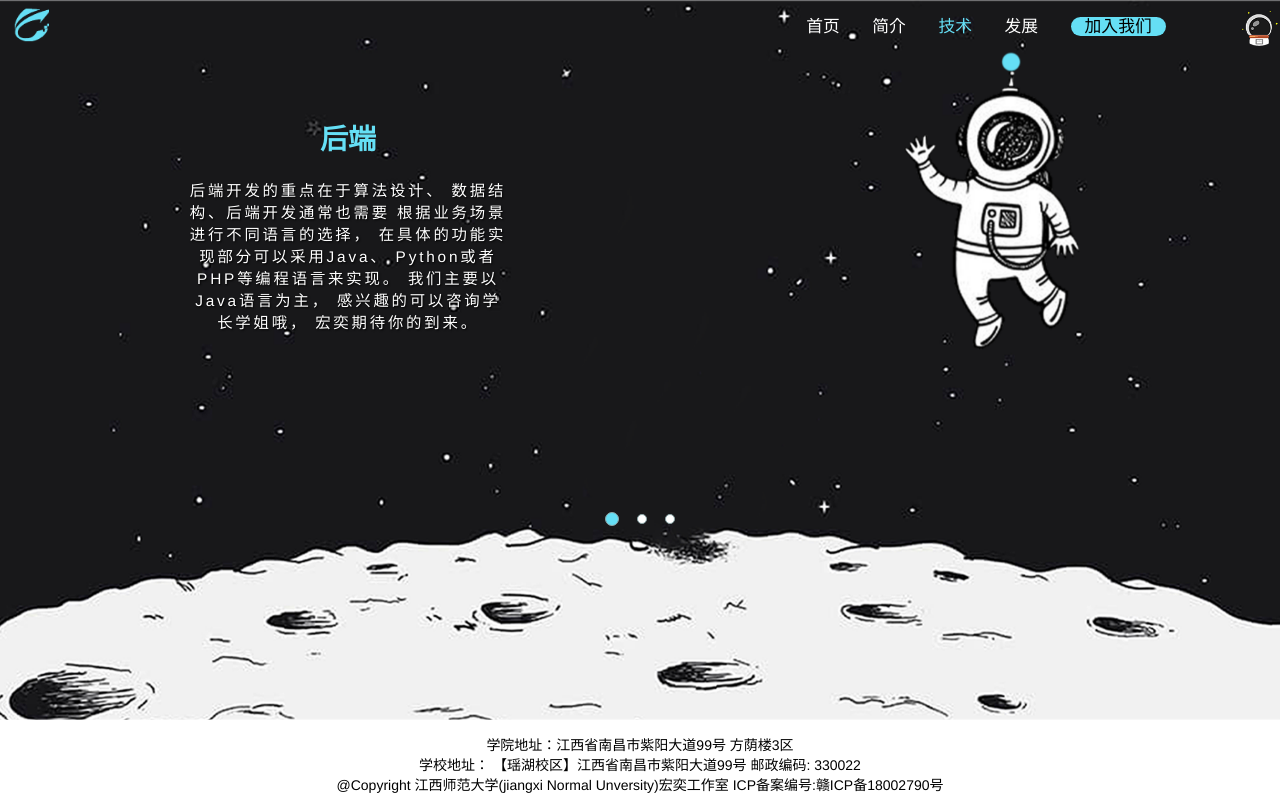
Repository: Homyit20/website
Page: /#/technique
The author's editor kept a copy of each file at every save. The page is drawn from the files as they stood at one save, then again after the next save.
The browser window is 1280 px wide. The pictures show the whole page.
The project was rebuilt for these pictures with package versions that can differ from the ones it lists, and the page was loaded fresh each time. Also part of the build but not shown: vue.config.js.

Above is the page before, as saved 2021-08-10 20:53:02.

### public/index.html
<!DOCTYPE html>
<html lang="">
  <head>
    <meta charset="utf-8">
    <meta http-equiv="X-UA-Compatible" content="IE=edge">
    <meta name="viewport" content="width=device-width,initial-scale=1.0">
    <link rel="icon" href="<%= BASE_URL %>favicon.ico">
    <!-- <title><%= htmlWebpackPlugin.options.title %></title> -->
    <title><%= htmlWebpackPlugin.options.title %></title>
    <style>
      *{
        cursor: url("火箭.ico"),auto;
      }
      .body{
        overflow-x: hidden;
      }
    </style>
  </head>
  <body class="body">
    <noscript>
      <strong>We're sorry but <%= htmlWebpackPlugin.options.title %> doesn't work properly without JavaScript enabled. Please enable it to continue.</strong>
    </noscript>
    <div id="app"></div>
    <!-- built files will be auto injected -->
  </body>
</html>

### src/main.js
import Vue from 'vue'
import App from './App.vue'
import router from './router'
import store from './store'
// import VueCookies from 'vue-cookies'
// import axios from 'axios'
// import VueAxios from 'vue-axios'
import 'animate.css/animate.min.css'
// Vue.use(VueCookies)
// Vue.use(VueAxios, axios);

Vue.config.productionTip = false

new Vue({
  router,
  store,
  render: h => h(App),
}).$mount('#app')

//报名成功或者已报名才可进入二维码页面
router.beforeEach((to, from, next) => {
  //路由导航
  if (to.meta.islogin) {

    if (store.state.success == 1) {
      next()
    } else {
      next({
        path: from.path
      })
    }
  } else {

    if (to.meta.islogin) {
      if (store.state.success == 1) {
        next()
      } else {
        next({
          path: from.path
        })
      }
    } else {
      next()
    }
  }
})
window.onload = function(){
  document.title = "HOMYIT STUDIO"
}

### src/App.vue
<template>
  <div id="app">
    <router-view></router-view>
  </div>
</template>

<script>
// import NavBar from "./components/enter/enter.vue"
export default {
  name: "App"
};
</script>

<style>
* {
  margin: 0;
  padding: 0;
  box-sizing: border-box;
}
html {
  font-size: 14px;
}
#app {
  font-family: Avenir, Helvetica, Arial, sans-serif;
}
</style>

### src/store/index.js
import Vue from 'vue'
import Vuex from 'vuex'

Vue.use(Vuex)

const store = new Vuex.Store({
    state : {
        success : 0,
        isnav : false
    },
    mutations : {
        judge(state){
            state.success = 1
        }
    }
})

export default store;

### src/views/technique.vue
<template>
    <div class="tech-contain">
        <NavBar></NavBar>
        <img class="tech-background" src="../assets/techlogin/images/背景.png">
        <div class="tech-content">
            <div class="tech-box" @touchstart.passive="touchstartdeal">
              <ul class="tech-list">
                <li class="after-details">
                    <div class="tech-after-text tech-text">
                        <h1>后端</h1>
                        <p>
                            后端开发的重点在于算法设计、
                            数据结构、后端开发通常也需要
                            根据业务场景进行不同语言的选择，
                            在具体的功能实现部分可以采用Java、
                            Python或者PHP等编程语言来实现。
                            我们主要以Java语言为主，
                            感兴趣的可以咨询学长学姐哦，
                            宏奕期待你的到来。
                        </p>
                    </div>
                    <div class="tech-after-people">
                        <img src="../assets/techlogin/images/宇航员1.png" class="tech-people">
                    </div>
                </li>
                <li class="before-details">
                    <div class="tech-before-people">
                        <img src="../assets/techlogin/images/宇航员2_03.png" class="tech-people">
                    </div>
                    <div class="tech-before-text tech-text">
                        <h1>前端</h1>
                        <p>
                            前端主要使用 HTML、CSS、JavaScript等
                            专业技能和工具将产品UI设计稿实现成
                            网站产品，涵盖用户PC端、移动端网页
                            处理视觉和交互问题。前端工程师也是
                            互联网时代软件产品研发中不可缺少的
                            一种专业研发角色,快来宏奕学习前端吧。
                        </p>
                    </div>
                </li>
                <li class="ui-details">
                    <div class="tech-ui-text tech-text">
                        <h1>UI</h1>
                        <p>
                            UI负责软件界面的美术设计、创意工作
                            和制作工作；根据各种相关软件的用户群，
                            提出构思新颖有高度吸引力的创意设计；
                            对软件人机交互、操作逻辑、界面美观进行
                            整体设计。UI设计可以让软件变得有个性有品味。
                            快来加入宏奕,让我们一起设计出奇妙又美观的页面吧，
                        </p>
                    </div>
                    <div class="tech-ui-people">
                        <img src="../assets/techlogin/images/宇航员3_03.png" class="tech-people">
                    </div>
                </li>
              </ul>
            </div>
            <div class="tech-slide"><img src="../assets/techlogin/images/滑动.png"></div>
            <ul class="tech-select-list">
                <li class="tech-select-circle tech-select-active" @click='scroll(0)'></li>
                <li class="tech-select-circle" @click='scroll(1)'></li>
                <li class="tech-select-circle" @click='scroll(2)'></li>
            </ul>
        </div>
        <Footer></Footer>
    </div>
</template>

<script>
  import NavBar from '../components/common/nav.vue'
  import Footer from '../components/common/footer.vue'
  let before = 0;
  let after = 0;
  let techtime = null;
  let touchvalue = 0;

  //禁止下拉刷新
  document.body.addEventListener('touchmove', function(e){
      e.preventDefault();
  }, {passive : false})
  export default {
    name : 'Technique',
    data(){
        return {
            techmove : 40
        }
    },
    components : {
        NavBar,
        Footer
    },
    //挂载变量以便对象使用
    created(){
        this.touchdata = {
            touchstartX : null,
            touchstartY : null,
            touchmoveX : null,
            touchmoveY : null,
            touchscrollX : null,
            touchscroolY : null,
            touchdirection : null
        }
    },
    mounted(){
        // 重新进入此组件后 让after before为0
        before = 0;
        after = 0;
    },
    methods:{
        //轮播图制作
        scroll(value){
            before = after;
            after = value;
            let techniqueul = document.getElementsByClassName('tech-list')[0];
            let techniquebox = document.getElementsByClassName('after-details')[0];
            let techniquewidth = techniquebox.offsetWidth;
            let techniqueli = document.getElementsByClassName('tech-select-circle');
            //根据屏幕大小调节移动距离
            if(techniquewidth >= 800){
                this.techmove = 20;
            }else{
                this.techmove = 4;
            }

            //改变圆圈的样式
            techniqueli[before].classList.remove('tech-select-active');
            techniqueli[after].classList.add('tech-select-active');

            //控制内容的轮播
            clearInterval(techtime);
            techtime = setInterval(() =>{
                if(after > before){
                    if(techniqueul.offsetLeft <= -techniquewidth*value + this.techmove){
                        clearInterval(techtime);
                    }
                    techniqueul.style.left = techniqueul.offsetLeft - this.techmove + 'px';
                }else if(before == after){
                    techniqueul.style.left = -techniquebox.offsetWidth*value + 'px';
                     clearInterval(techtime);
                }
                else{
                      if(techniqueul.offsetLeft >= -techniquewidth*value -this.techmove){
                        clearInterval(techtime);
                      }
                      techniqueul.style.left = techniqueul.offsetLeft + this.techmove + 'px';
                }
            },3)

            //屏幕缩放
            window.onresize = function(){
                let techniquewidth = techniquebox.offsetWidth;
                techniqueul.style.left = -techniquewidth*value + 'px';
                if(techniquewidth >= 800){
                    this.techmove = 20;
                }else{
                    this.techmove = 4;
                }
            }
        },
        //移动端手指滑动效果制作
        touchstartdeal(e){
            let techniqueul = document.getElementsByClassName('tech-list')[0];
            //啥叫第一个touches?
            let touchstart = e.targetTouches[0];
            this.touchstartX = touchstart.clientX;
            this.touchstartY = touchstart.clientY;
            //监听touchmove touchend
            techniqueul.addEventListener('touchmove', this.touchmovedeal,false);
            techniqueul.addEventListener('touchend', this.touchenddeal, false);
        },
        touchmovedeal(event){
            //当屏幕有多个touch或者页面被缩放过，就不执行move操作
            let techniquebox = document.getElementsByClassName('after-details')[0];
            let techniquewidth = techniquebox.offsetWidth;
            if (event.targetTouches.length > 1 || event.scale && event.scale !== 1) return;
            let techniqueul = document.getElementsByClassName('tech-list')[0];
            let touchmove = event.targetTouches[0];
            this.touchmoveX = touchmove.clientX;
            this.touchmoveY = touchmove.clientY;
            this.touchscrollX = this.touchmoveX - this.touchstartX;
            this.touchscrollY = this.touchmoveY - this.touchstartY;
            this.touchdirection = Math.abs(this.touchscrollX) > Math.abs(this.touchscrollY) ? 1 : 0;
            //竖滑阻止默认事件
           //需要判断是否事件可以被取消
            if(this.touchdirection == 0 && event.cancelable){
                event.preventDefault()
                techniqueul.style.left = -techniquewidth*touchvalue + 'px';
                //默认事件是滚动
            }
            techniqueul.style.left = techniqueul.offsetLeft + this.touchscrollX + 'px';
        },
        touchenddeal(){
            let techniqueul = document.getElementsByClassName('tech-list')[0];
            let techniquebox = document.getElementsByClassName('after-details')[0];
            let techniquewidth = techniquebox.offsetWidth;
            let techniqueli = document.getElementsByClassName('tech-select-circle');
            if(this.touchscrollX < 0){
                //小于20滑动
                if(this.touchscrollX < -30){
                    //touchvalue值改变之前，移除前一个圈圈的样式，同步before
                    touchvalue = after
                    techniqueli[touchvalue].classList.remove('tech-select-active');
                    before = touchvalue;
                    touchvalue++;
                    techniqueul.style.left = -techniquewidth*touchvalue + 'px';
                    if(touchvalue > 2){
                        touchvalue = 0;
                        techniqueul.style.left = -techniquewidth*touchvalue + 'px';
                    }
                    techniqueli[touchvalue].classList.add('tech-select-active');
                    //同步网页端小圆圈和轮播
                    after = touchvalue;
                    techniqueli[before].classList.remove('tech-select-active');
                    techniqueli[after].classList.add('tech-select-active');
                    window.onresize = function(){
                    let techniquewidth = techniquebox.offsetWidth;
                    techniqueul.style.left = -techniquewidth*after + 'px';
                    }
                    //清除数据残留
                    this.touchscrollX = 0;
                }else{
                    techniqueul.style.left = -techniquewidth*touchvalue + 'px';
                }
            }
            if(this.touchscrollX > 0 ){
                //大于20滑动
                if(this.touchscrollX > 30){
                    //点完后滑动后 touch value before同步
                    touchvalue = after
                    techniqueli[touchvalue].classList.remove('tech-select-active');
                    before = touchvalue;
                    touchvalue--;
                    techniqueul.style.left = -techniquewidth*touchvalue + 'px';
                    if(touchvalue < 0){
                        touchvalue = 2;
                        techniqueul.style.left = -techniquewidth*touchvalue + 'px';
                    }
                    techniqueli[touchvalue].classList.add('tech-select-active');
                    //after与圆圈样式 移动位置同步
                    after = touchvalue;
                    techniqueli[before].classList.remove('tech-select-active');
                    techniqueli[after].classList.add('tech-select-active');
                    window.onresize = function(){
                    let techniquewidth = techniquebox.offsetWidth;
                    techniqueul.style.left = -techniquewidth*after + 'px';
                    }
                    //清除数据残留
                    this.touchscrollX = 0;
                }else{
                    techniqueul.style.left = -techniquewidth*touchvalue + 'px';
                }
                //取消监听 放在其他页面滑动造成连动效果
                techniqueul.removeEventListener('touchmove', this.touchmovedeal,false);
                techniqueul.removeEventListener('touchend', this.touchenddeal, false);
            }
        }
    }
}
</script>

<style>
  /* 背景设置 */
  .tech-contain .tech-background{
      position: absolute;
       top: 0;
      width: 100vw;
      height: 100%;
      object-fit: cover;
      z-index: -100;
    }


  .tech-contain .tech-content{
      width: 100vw;
      height: 100vh;
      display: flex;
      flex-direction: column;
      align-items: center;
    }

    /* 介绍部分 */
    /* 没有这个盒子包裹 怎么ul回跑呢 */
    .tech-box{
        position: relative;
        width: 100vw;
        min-height: 30rem;
        overflow: hidden;
        top: 2vh;
    }
    .tech-slide{
        position: absolute;
        bottom: 25vh;
        right: 0;
        display: none;
    }
  .tech-content .tech-list{
      position: absolute;
      left: 0;
      display: flex;
      align-items: center;
      justify-content: flex-start;
      width: 350rem;
      height: 100%;
      margin: 0;
      padding: 0;
  }

  /* 字体统一设置 */
  .tech-list h1{
      text-align: center;
      color: #65dff5;
  }
  .tech-list  p{
      padding-top: 1.5rem;
      text-align: center;
      color: #fff;
      font-size: 1.1rem;
      letter-spacing: 0.2rem;
      text-shadow: 1px 1px 2px #000;
  }

    /* 移动端响应式 */

    @media screen and (max-width : 500px) {
        .tech-box{
          top: 8vh;
    }
        .after-details,
        .before-details,
        .ui-details{
            display: flex;
            flex-direction: column;
            align-items: center;
            width: 100vw;
        }
        .tech-list p {
            font-size: 0.9rem;
        }
        .tech-people{
            width: 10rem;
        }
        .tech-contain .tech-content .tech-select-list{
            position: absolute;
            bottom: 20vh;
        }
        .tech-slide{
            display: block;
        }
    }

  /* 后端部分 */

 .tech-list .after-details{
      display: flex;
      justify-content: space-around;
      align-items: center;
      width: 100vw;
      height: 100%;
  }
  .after-details .tech-after-text{
      width: 23rem;
      /* background-color: green; */
  }
  .after-details .tech-after-people img{
      max-width: 15rem;
      animation: animate 2s infinite ease-in-out;
  }



   /* 前端部分 */
  .tech-list .before-details{
      display: flex;
      justify-content: space-around;
      align-items: center;
      width: 100vw;
      height: 100%;
  }
    .before-details .tech-before-text{
      width: 23rem;
      /* background-color: green; */
    }
    .before-details .tech-before-people img{
      max-width: 15rem;
      animation: animate 2s infinite ease-in-out;
    }

    /* ui部分 */
    .tech-list .ui-details{
      display: flex;
      justify-content: space-around;
      align-items: center;
      width: 100vw;
      height: 100%;
  }
    .ui-details .tech-ui-text{
      width: 23rem;
      /* background-color: green; */
    }
    .ui-details .tech-ui-people img{
      max-width: 15rem;
      animation: animate 2s infinite ease-in-out;
    }

     /* 动画效果 */

     @keyframes animate{
         0%{
             transform: translateY(1rem);
         }
         50%{
             transform: translateY(-1.1rem);
         }
         100%{
             transform: translateY(1rem);
         }
     }
    /* 小圈圈 */
    .tech-content .tech-select-list{
        position: absolute;
        bottom: 27vh;
        width: 5rem;
        display: flex;
        justify-content: space-between;
        align-items: center;
        list-style: none;
        margin: 0;
        padding: 0;
    }
    /* 当屏幕大于1500px时 */
    @media screen and (min-width : 1500px){
       .tech-box{
            top: 4rem;
        }
        .tech-box .tech-text{
            width: 32rem;
        }
        .tech-list p {
            font-size: 1.5rem;
        }
        .tech-people{
            width: 18rem;
        }
        .tech-select-list .tech-select-circle{
           width: 1rem;
           height: 1rem;
           border-radius: 50%;
           background-color: #fff;
           border: 1px solid #8da7a9;
        }
        .tech-select-list .tech-select-active{
           width: 1.4rem;
           height: 1.4rem;
           border-radius: 50%;
           background-color: #65dff5;
           border: 1px solid #8da7a9;
        }
    }
        .tech-select-circle{
          width: 0.7rem;
          height: 0.7rem;
          border-radius: 50%;
          background-color: #fff;
          border: 1px solid #8da7a9;
        }
        .tech-select-active{
           width: 1rem;
           height: 1rem;
           border-radius: 50%;
           background-color: #65dff5;
           border: 1px solid #8da7a9;
        }

    /* 改变placeholder的颜色 */

  ::-webkit-input-placeholder { /* WebKit browsers */
      color: rgb(156, 154, 154);
  }

  ::-moz-placeholder { /* Mozilla Firefox 19+ */
    color: rgb(156, 154, 154);
  }

  :-ms-input-placeholder { /* Internet Explorer 10+ */
    color: rgb(156, 154, 154);
  }
</style>

### src/components/common/nav.vue
<template>
  <div class="nav">
    <div class="nav-logo" @click="toHome">
      <img src="../../assets/techlogin/images/logo_03.png"/>
    </div>
    <div class="nav-list">
      <ul class="nav-list-ul">
        <li>
          <router-link
            to="/home"
            class="nav-link-class"
            active-class="nav-link-active"
            >首页</router-link
          >
        </li>
        <li>
          <router-link
            to="/background"
            class="nav-link-class"
            active-class="nav-link-active"
            >简介</router-link
          >
        </li>
        <li>
          <router-link
            to="/technique"
            class="nav-link-class"
            active-class="nav-link-active"
            >技术</router-link
          >
        </li>
        <li>
          <router-link
            to="/develop"
            class="nav-link-class"
            active-class="nav-link-active"
            >发展</router-link
          >
        </li>
        <li>
          <router-link
            to="/login"
            class="nav-link-class nav-link-login"
            active-class="nav-join-class"
            >加入我们</router-link
          >
        </li>
      </ul>
      <div class="nav-list-img">
        <img src="../../assets/techlogin/images/小宇航员_07.png" />
      </div>
    </div>
  </div>
</template>

<script>
export default {
  name: "navbar",
  methods : {
    toHome(){
      if(this.$route.path != '/home'){
        this.$router.push({
          path : '/home'
        })
      }
    }
  }
};
</script>

<style>
.nav {
  position: absolute;
  top: 0;
  z-index: 100;
  display: flex;
  justify-content: space-between;
  align-items: center;
  width: 100vw;
  height: 3.5rem;
}
.nav-logo img {
  width: 2.5rem;
  height: 2.5rem;
  margin-top: 0.25rem;
  margin-left: 1rem;
  object-fit: cover;
}
.nav .nav-list {
  display: flex;
  justify-content: space-between;
  align-items: center;
  width: 35rem;
}
.nav-list .nav-list-ul {
  width: 80%;
  height: 100%;
  display: flex;
  align-items: center;
  justify-content: space-around;
  list-style: none;
  font-size: 1.2rem;
  color: #fff;
}
.nav-link-class {
  color: #fff;
  text-decoration: none;
}
.nav-link-active {
  color: #65dff5;
}
.nav-list-img {
  width: 3rem;
  height: 3rem;
  display: flex;
  flex-direction: column;
  position: relative;
}
.nav-list .nav-list-img img {
  width: 3rem;
  height: 3rem;
  display: flex;
  flex-direction: column;
  position: relative;
}
.nav-list .nav-list-img img {
  width: 3rem;
  height: 3rem;
  object-fit: cover;
}

/* img响应式 */
@media screen and (max-width: 500px) {
  .nav .nav-list {
    display: flex;
    justify-content: space-around;
    align-items: center;
    width: 23rem;
  }
  .nav .nav-list .nav-list-ul {
    width: 100%;
  }
  .nav-logo img {
    width: 2rem;
    height: 2rem;
    object-fit: cover;
  }
  .nav .nav-list .nav-list-img {
    display: none;
  }
  .nav .nav-list .nav-list-img img {
    display: none;
  }
  .nav .nav-link-login {
    padding: 0 0.5rem;
  }
}
.nav-link-login {
  color: #000;
  padding: 0 1rem;
  background-color: #65dff5;
  border-radius: 1rem;
}
.nav-join-class{
  box-shadow: 1px 1px 8px #fff;
}
</style>

### src/components/common/footer.vue
<template>
  <div class="footer">
    <div class="footer-content">
      <p>学院地址：江西省南昌市紫阳大道99号 方荫楼3区</p>
      <p>学校地址： 【瑶湖校区】江西省南昌市紫阳大道99号 邮政编码: 330022</p>
      <p>@Copyright 江西师范大学(jiangxi Normal Unversity)宏奕工作室 ICP备案编号:<a href="https://beian.miit.gov.cn/#/Integrated/index">赣ICP备18002790号</a></p>
    </div>
  </div>
</template>

<script>
  export default {
    name : 'Footer'
  }
</script>

<style>
  .footer{
    display: flex;
    justify-content: center;
    width: 100vw;
    background-color: #fff;
  }
  .footer-content{
    color: #000;
    margin: 1rem 0;
    display: flex;
    flex-direction: column;
    align-items: center;
  }
  .footer-content a{
    color: #000;
    text-decoration: none;
  }
</style>

Loaded but not shown: src/router/index.js (79 lines, source omitted)

After the next save:
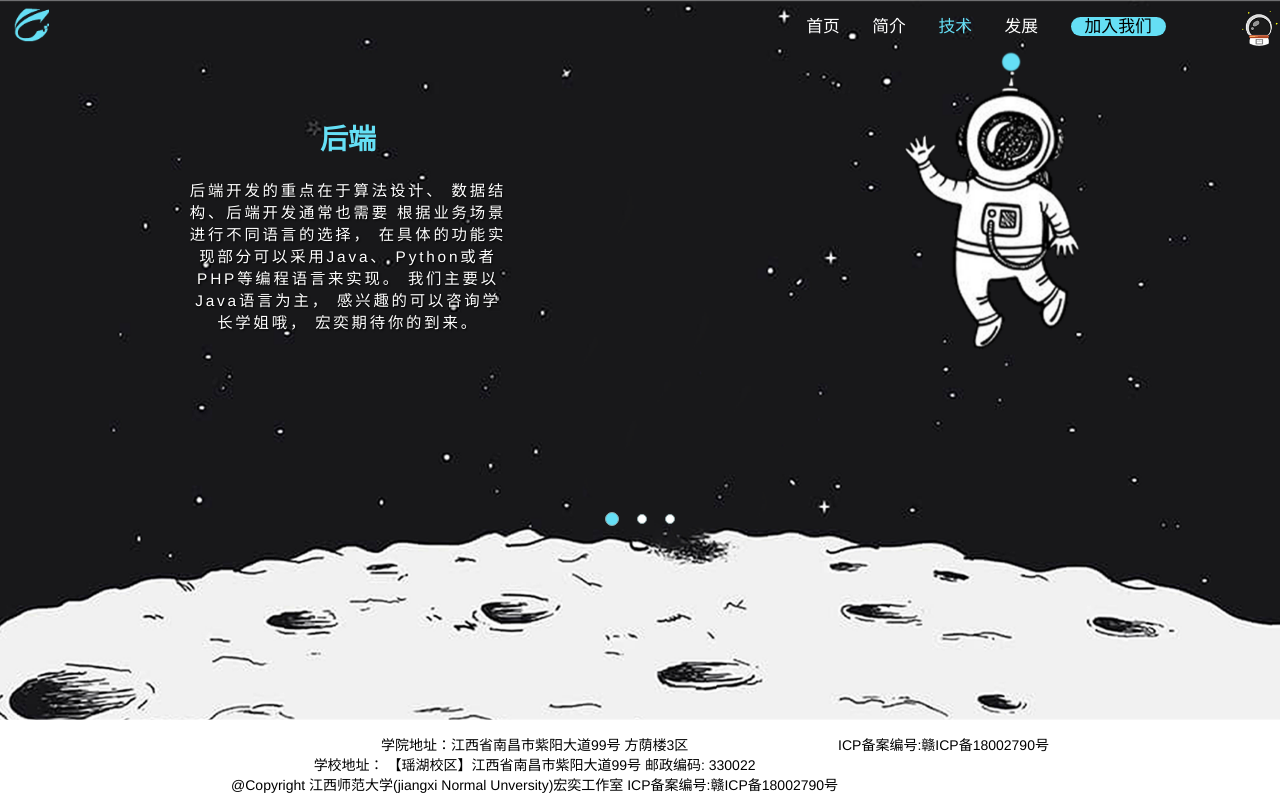
Saved 6 min 45 s later.
--- a/src/components/common/footer.vue
+++ b/src/components/common/footer.vue
@@ -1,9 +1,12 @@
 <template>
   <div class="footer">
-    <div class="footer-content">
+    <div class="footer-content-one">
       <p>学院地址：江西省南昌市紫阳大道99号 方荫楼3区</p>
       <p>学校地址： 【瑶湖校区】江西省南昌市紫阳大道99号 邮政编码: 330022</p>
       <p>@Copyright 江西师范大学(jiangxi Normal Unversity)宏奕工作室 ICP备案编号:<a href="https://beian.miit.gov.cn/#/Integrated/index">赣ICP备18002790号</a></p>
+    </div>
+    <div class="footer-content-two">
+      <p>ICP备案编号:<a href="https://beian.miit.gov.cn/#/Integrated/index">赣ICP备18002790号</a></p>
     </div>
   </div>
 </template>
@@ -21,15 +24,36 @@
     width: 100vw;
     background-color: #fff;
   }
-  .footer-content{
+  .footer-content-one{
     color: #000;
     margin: 1rem 0;
     display: flex;
     flex-direction: column;
     align-items: center;
   }
-  .footer-content a{
+  .footer-content-one a{
     color: #000;
     text-decoration: none;
   }
+
+    .footer-content-two{
+      display: none;
+    color: #000;
+    margin: 1rem 0;
+    display: flex;
+    flex-direction: column;
+    align-items: center;
+  }
+  .footer-content-two a{
+    color: #000;
+    text-decoration: none;
+  }
+  @media screen and (max-width: 500px){
+    .footer-content-one{
+      display: none;
+    }
+    .footer-content-two{
+      display: block;
+    }
+  }
 </style>
